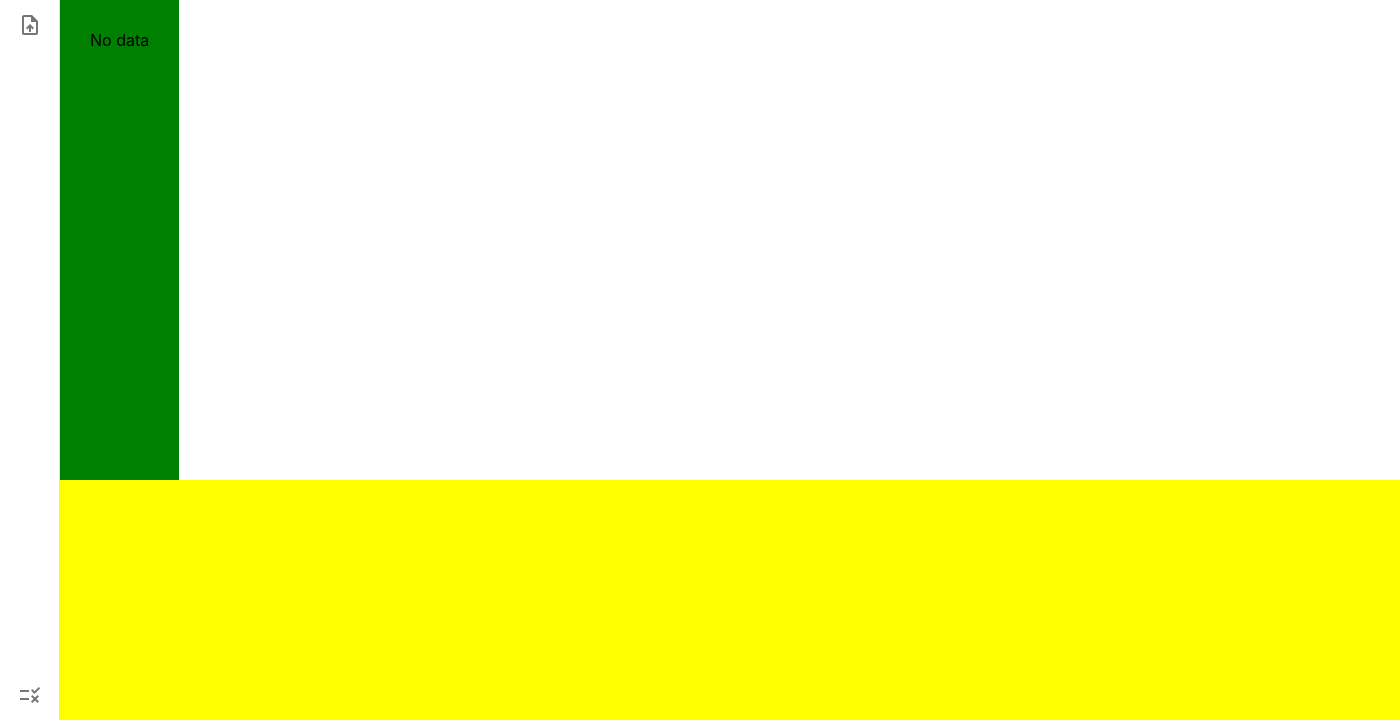
Repository: imark00/sbolInsight_frontend
Page: /
An editor plug-in stored every save of this project. The page is shown before and after the next save, followed by the edit.
The browser window is 1280 px wide. The page is 1400 px wide, so the pictures cover 1400 px, including what lies to the right of the window. The pictures show the whole page.
The project was rebuilt for these pictures with package versions that can differ from the ones it lists, and the page was loaded fresh each time. Also part of the build but not shown: src/App.css.

Above is the page before, as saved 2024-08-18 05:35:36.

After the next save:
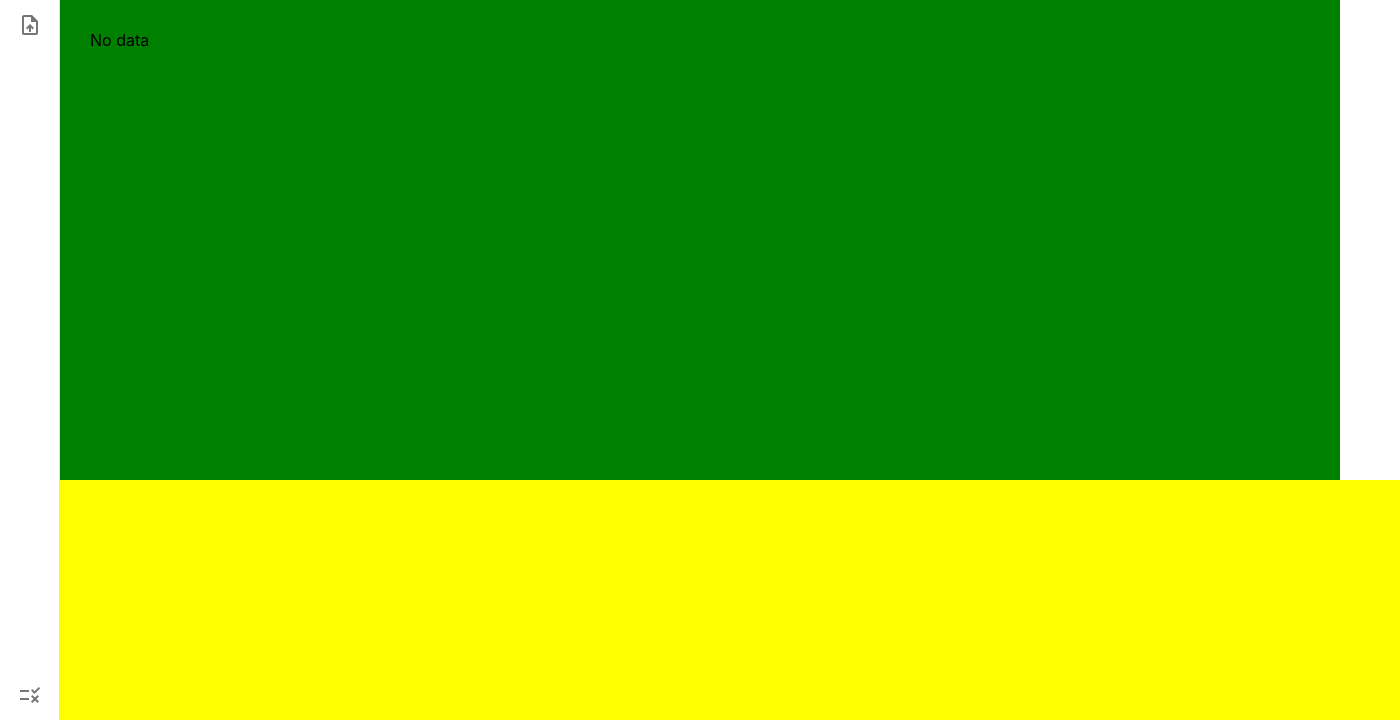
Saved 8 s later.
--- a/src/sbolInsight.js
+++ b/src/sbolInsight.js
@@ -127,13 +127,13 @@ const SBOLInsightPage = () => {
                 display: 'flex',
                 flexDirection: 'column',
                 height: '100vh',
-
+                width: '100%',
             }}>
 
                 <Box
                     sx={{
                         flex: '1',
-
+                        width: '100%',
                         // height: '100vh',
                         // height: '100%',
                         background: 'green',
